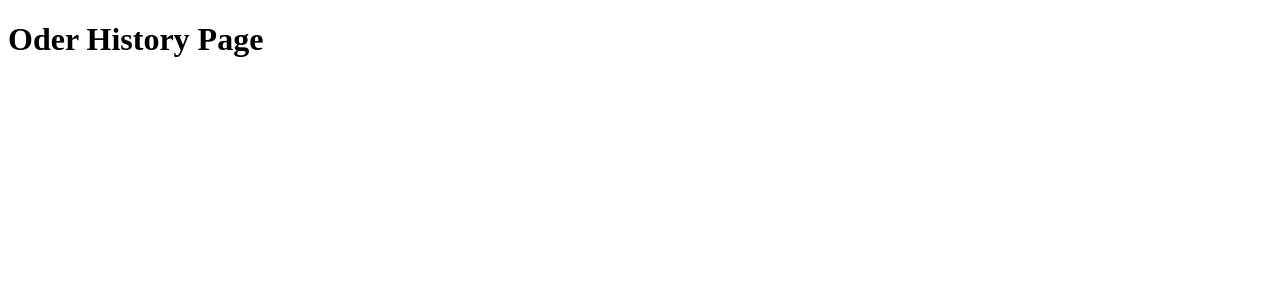
Repository: Sujith-B-S/Food-Application
Page: http://localhost/FoodApplication/orderHistory.jsp
The author's editor kept a copy of each file at every save. The page is drawn from the files as they stood at one save, then again after the next save.
The browser window is 1280 px wide. The pictures show the whole page.
The page is served by Tomcat 9.

Above is the page before, as saved 2024-11-28 07:09:55.

After the next save:
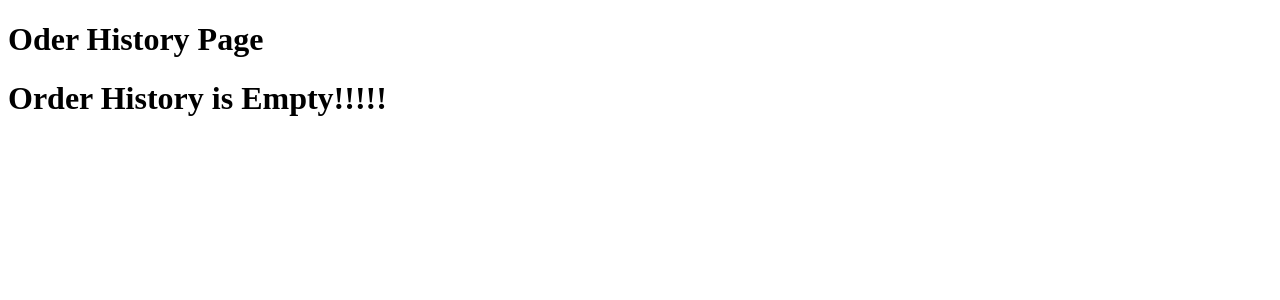
Saved 63 s later.
--- a/FoodApplication/src/main/webapp/orderHistory.jsp
+++ b/FoodApplication/src/main/webapp/orderHistory.jsp
@@ -22,10 +22,14 @@
 			<p>Order Id : <%= oh.getOrderId() %></p>
 			<p>Restaurant Id : <%= oh.getRestaurantId() %></p>
 			<p>Total : <%= oh.getTotal() %></p>
-
-
 		<%}
 	}
+	else
+	{%>
+
+		<h1>Order History is Empty!!!!!</h1>
+
+	<%}
 %>
 
 </body>
